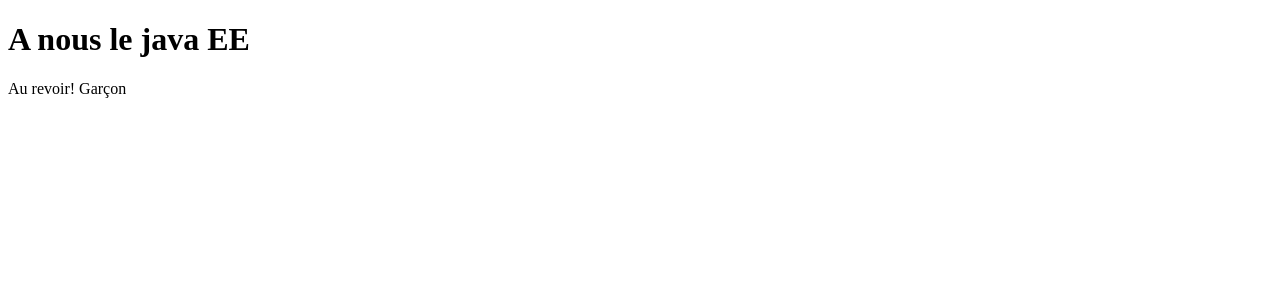
Repository: ibnadam2010/eclipse-workspace
Page: http://localhost/test/Test
These files come from the project's save history. The page is drawn as it stood at one moment and after the next save; the edit follows.
The browser window is 1280 px wide. The pictures show the whole page.
The page is served by Tomcat 9. Other server files are loaded and not shown.

Above is the page before, as saved 2020-11-26 17:33:09.

### test/WebContent/WEB-INF/bonjour.jsp
<%@ page language="java" contentType="text/html; charset=UTF-8"
    pageEncoding="UTF-8"%>
<!DOCTYPE html>
<html>
<head>
<meta charset="ISO-8859-1">
<title>Salut</title>
</head>
<body>
<h1>A nous le java EE</h1>

<p>
	<%
	  String variable = (String) request.getAttribute("variable");
	out.println(variable);
	%>
</p>
</body>
</html>

### test/src/com/octest/servlets/Test.java
package com.octest.servlets;

import java.io.IOException;
import javax.servlet.ServletException;
import javax.servlet.annotation.WebServlet;
import javax.servlet.http.HttpServlet;
import javax.servlet.http.HttpServletRequest;
import javax.servlet.http.HttpServletResponse;


@WebServlet("/Test")
public class Test extends HttpServlet {
	private static final long serialVersionUID = 1L;


    public Test() {
        super();
        // TODO Auto-generated constructor stub
    }


	protected void doGet(HttpServletRequest request, HttpServletResponse response) throws ServletException, IOException {
		// TODO Auto-generated method stub
		String message = "Au revoir! Garçon" ;
		request.setAttribute("variable", message);
		this.getServletContext().getRequestDispatcher("/WEB-INF/bonjour.jsp").forward(request, response);
	}


	protected void doPost(HttpServletRequest request, HttpServletResponse response) throws ServletException, IOException {
		// TODO Auto-generated method stub

	}

}

After the next save:
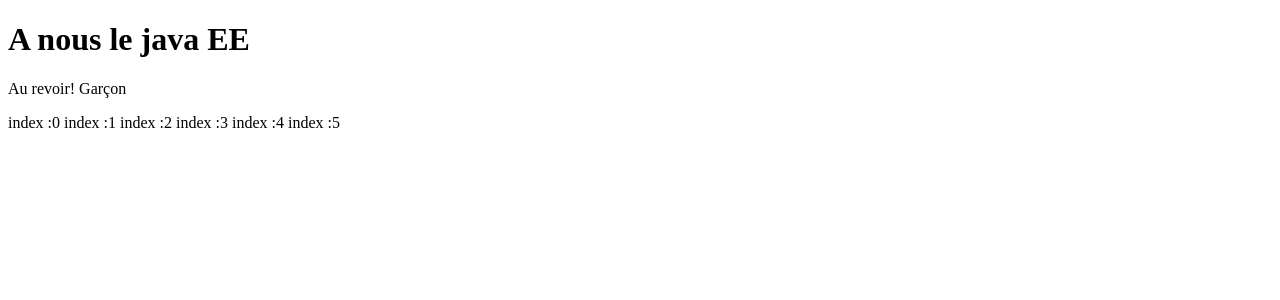
Saved 4 min 47 s later.
--- a/test/WebContent/WEB-INF/bonjour.jsp
+++ b/test/WebContent/WEB-INF/bonjour.jsp
@@ -15,5 +15,10 @@
 	out.println(variable);
 	%>
 </p>
+<span>
+<% for(int i = 0;i<6;i++){
+	out.println("index :"+i);
+} %>
+</span>
 </body>
 </html>
